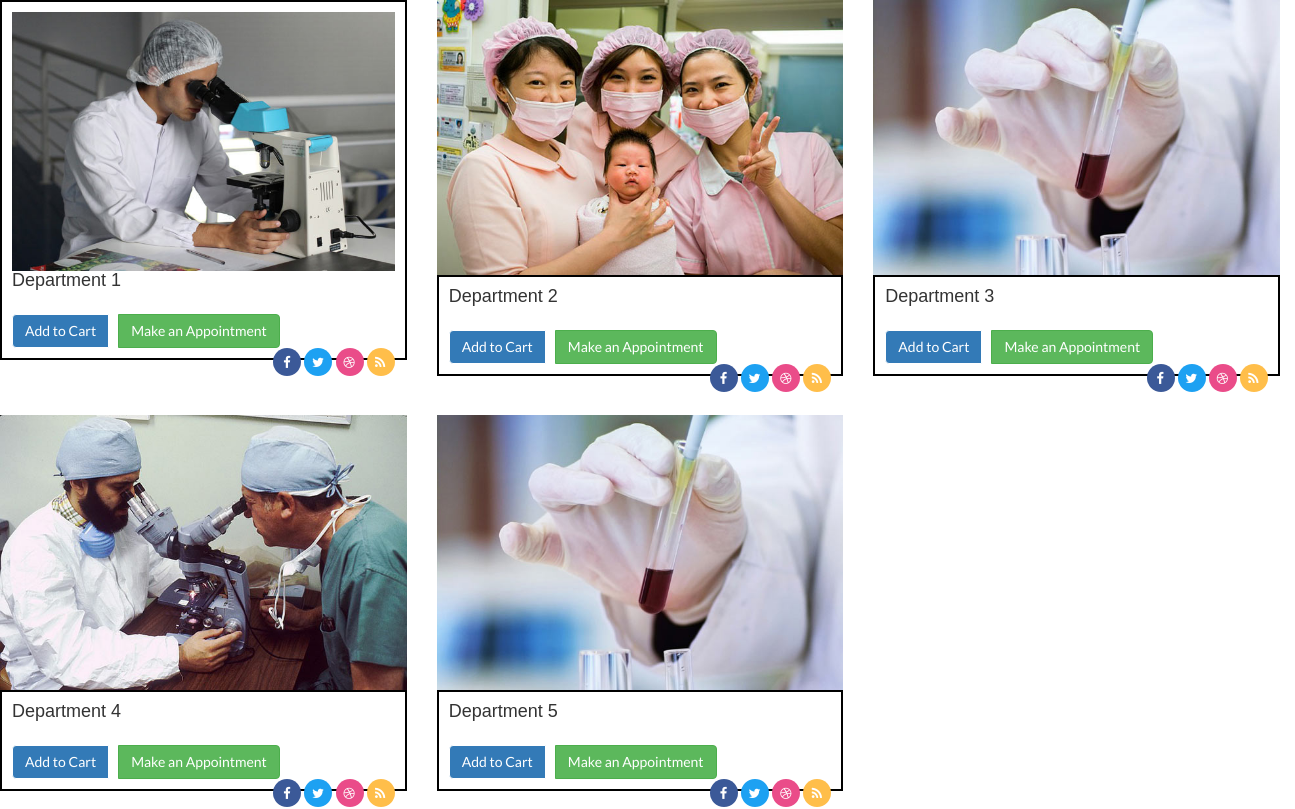
Repository: 72-faisal/work_to_do
Page: http://localhost/Khajina_Doctor/Department-home.jsp
An editor plug-in stored every save of this project. The page is shown before and after the next save, followed by the edit.
The browser window is 1280 px wide. The page is 1295 px wide, so the pictures cover 1295 px, including what lies to the right of the window. The pictures show the whole page.
Some web fonts or font styles are not loaded; a fallback is used. The page is served by Tomcat 9. Other server files are loaded and not shown.

Above is the page before, as saved 2023-04-15 20:26:17.

### Khajina_Doctor/Khajina_Doctor/src/main/webapp/Department-home.jsp
<%@ page language="java" contentType="text/html; charset=ISO-8859-1"
    pageEncoding="ISO-8859-1"%>
<!DOCTYPE html>
<html>
<head>
<meta charset="ISO-8859-1">
<title>KhajjinaDoc a Medical Online Solution |</title>
<!-- for-meta-tags-->
<meta name="viewport" content="width=device-width, initial-scale=1">
<meta http-equiv="Content-Type" content="text/html; charset=utf-8" />
<meta name="keywords" content="Health Plus Responsive web template, Bootstrap Web Templates, Flat Web Templates, Android Compatible web template,
Smartphone Compatible web template, free web designs for Nokia, Samsung, LG, SonyEricsson, Motorola web design" />
<script type="application/x-javascript"> addEventListener("load", function() { setTimeout(hideURLbar, 0); }, false);
		function hideURLbar(){ window.scrollTo(0,1); } </script>
<!-- //for-meta-tags-->
<link href="css/bootstrap.css" rel="stylesheet" type="text/css" media="all" />
<link rel="stylesheet" href="css/flexslider.css" type="text/css" media="screen" Department="" />
<link href="css/services.css" rel="stylesheet" type="text/css" media="all" />
<link href="css/ziehharmonika.css" rel="stylesheet" type="text/css">
<link href="css/JiSlider.css" rel="stylesheet">
<link href="css/style.css" rel="stylesheet" type="text/css" media="all" />
<!-- font-awesome icons -->
<link href="css/font-awesome.css" rel="stylesheet">
<!-- //font-awesome icons -->
<link href="//fonts.googleapis.com/css?family=Raleway:200,200i,300,300i,400,400i,500,500i,600,600i,700,700i,800" rel="stylesheet">
<link href="//fonts.googleapis.com/css?family=Lato:300,300i,400,400i,700,900" rel="stylesheet">
<style>
.overlay {
  border: 2px solid black; /* Set the border style to a 1px solid black line */
  padding: 10px; /* Add some padding around the box content to make it easier to read */
}
.department .btn-group .btn:first-child {
  margin-right: 10px;
}

.btn-primary:hover {
  filter: brightness(70%);
}
.social_agileinfo li a {
  display: block;
  width: 30px;
  height: 30px;
  line-height: 30px;
  text-align: center;
  background: #333;
  border-radius: 50%;
  margin: 0 10px;
}

.social_agileinfo li a i {
  font-size: 18px;
}

.social_agileinfo li a:hover {
  background: #555;
}

.social_agileinfo li a:hover i {
  color: #fff;
}

.social_agileinfo li a:focus {
  outline: none;
}





</style>
</head>
<body>
<div class="department-box">
    <div class="row">
        <div class="col-md-4 department">
         <div class="overlay">
            <img src="images/g1.jpg" alt=" " class="img-responsive" />

                <h4>Department 1</h4><br>
                 <div class="btn-group" role="group">
                    <button type="button" class="btn btn-primary">Add to Cart</button>
                    <button type="button" class="btn btn-success">Make an Appointment</button>
                </div><br>
               <div class="agileinfo_social_icons">
							<ul class="agileits_social_list">
								<li><a href="72__faisal" class="w3_agile_facebook"><i class="fa fa-facebook" aria-hidden="true"></i></a></li>
								<li><a href="72__faisal" class="agile_twitter"><i class="fa fa-twitter" aria-hidden="true"></i></a></li>
								<li><a href="72__faisal" class="w3_agile_dribble"><i class="fa fa-dribbble" aria-hidden="true"></i></a></li>
								<li><a href="72__faisal" class="w3_agile_rss"><i class="fa fa-rss" aria-hidden="true"></i></a></li>
							</ul>
						</div>
            </div>
        </div>
        <div class="col-md-4 department">
            <img src="images/g2.jpg" alt=" " class="img-responsive" />
            <div class="overlay">
                <h4>Department 2</h4><br>
                <div class="btn-group" role="group">
                    <button type="button" class="btn btn-primary">Add to Cart</button>
                    <button type="button" class="btn btn-success">Make an Appointment</button>
                </div><br>
                   <div class="agileinfo_social_icons">
							<ul class="agileits_social_list">
								<li><a href="72__faisal" class="w3_agile_facebook"><i class="fa fa-facebook" aria-hidden="true"></i></a></li>
								<li><a href="72__faisal" class="agile_twitter"><i class="fa fa-twitter" aria-hidden="true"></i></a></li>
								<li><a href="72__faisal" class="w3_agile_dribble"><i class="fa fa-dribbble" aria-hidden="true"></i></a></li>
								<li><a href="72__faisal" class="w3_agile_rss"><i class="fa fa-rss" aria-hidden="true"></i></a></li>
							</ul>
						</div>
            </div>
        </div>
        <div class="col-md-4 department">
            <img src="images/g3.jpg" alt=" " class="img-responsive" />
            <div class="overlay">
                <h4>Department 3</h4><br>
                <div class="btn-group" role="group">
                    <button type="button" class="btn btn-primary">Add to Cart</button>
                    <button type="button" class="btn btn-success">Make an Appointment</button>
                </div><br>
                  <div class="agileinfo_social_icons">
							<ul class="agileits_social_list">
								<li><a href="72__faisal" class="w3_agile_facebook"><i class="fa fa-facebook" aria-hidden="true"></i></a></li>
								<li><a href="72__faisal" class="agile_twitter"><i class="fa fa-twitter" aria-hidden="true"></i></a></li>
								<li><a href="72__faisal" class="w3_agile_dribble"><i class="fa fa-dribbble" aria-hidden="true"></i></a></li>
								<li><a href="72__faisal" class="w3_agile_rss"><i class="fa fa-rss" aria-hidden="true"></i></a></li>
							</ul>
						</div>
            </div>
        </div>
    </div><br>
    <div class="row">
        <div class="col-md-4 department">
            <img src="images/g4.jpg" alt=" " class="img-responsive" />
            <div class="overlay">
                <h4>Department 4</h4><br>
               <div class="btn-group" role="group">
                    <button type="button" class="btn btn-primary">Add to Cart</button>
                    <button type="button" class="btn btn-success">Make an Appointment</button>
                </div><br>
                 <div class="agileinfo_social_icons">
							<ul class="agileits_social_list">
								<li><a href="72__faisal" class="w3_agile_facebook"><i class="fa fa-facebook" aria-hidden="true"></i></a></li>
								<li><a href="72__faisal" class="agile_twitter"><i class="fa fa-twitter" aria-hidden="true"></i></a></li>
								<li><a href="72__faisal" class="w3_agile_dribble"><i class="fa fa-dribbble" aria-hidden="true"></i></a></li>
								<li><a href="72__faisal" class="w3_agile_rss"><i class="fa fa-rss" aria-hidden="true"></i></a></li>
							</ul>
						</div>
            </div>
        </div>
         <div class="col-md-4 department">
            <img src="images/g3.jpg" alt=" " class="img-responsive" />
            <div class="overlay">
                <h4>Department 5</h4><br>
               <div class="btn-group" role="group">
                    <button type="button" class="btn btn-primary">Add to Cart</button>
                    <button type="button" class="btn btn-success">Make an Appointment</button>
                </div><br>
                  <div class="agileinfo_social_icons">
							<ul class="agileits_social_list">
								<li><a href="72__faisal" class="w3_agile_facebook"><i class="fa fa-facebook" aria-hidden="true"></i></a></li>
								<li><a href="72__faisal" class="agile_twitter"><i class="fa fa-twitter" aria-hidden="true"></i></a></li>
								<li><a href="72__faisal" class="w3_agile_dribble"><i class="fa fa-dribbble" aria-hidden="true"></i></a></li>
								<li><a href="72__faisal" class="w3_agile_rss"><i class="fa fa-rss" aria-hidden="true"></i></a></li>
							</ul>
						</div>
            </div>
        </div>
    </div>
    </div>

</body>
</html>

### Khajina_Doctor/Khajina_Doctor/src/main/webapp/css/flexslider.css
/*
 * jQuery FlexSlider v2.0
 * http://www.woothemes.com/flexslider/
 *
 * Copyright 2012 WooThemes
 * Free to use under the GPLv2 license.
 * http://www.gnu.org/licenses/gpl-2.0.html
 *
 * Contributing author: Tyler Smith (@mbmufffin)
 */
/* Browser Resets */
.flex-container a:active,
.flexslider a:active,
.flex-container a:focus,
.flexslider a:focus  {outline: none;}
.slides,
.flex-control-nav,
.flex-direction-nav {margin: 0; padding: 0; list-style: none;}

/* FlexSlider Necessary Styles
*********************************/
.flexslider .slides > li {display: none; -webkit-backface-visibility: hidden;} /* Hide the slides before the JS is loaded. Avoids image jumping */
.flexslider .slides img {margin: 0 auto; display: block;}
.flex-pauseplay span {text-transform: capitalize;}

/* Clearfix for the .slides element */
.slides:after {content: "."; display: block; clear: both; visibility: hidden; line-height: 0; height: 0;}
html[xmlns] .slides {display: block;}
* html .slides {height: 1%;}

/* No JavaScript Fallback */
/* If you are not using another script, such as Modernizr, make sure you
 * include js that eliminates this class on page load */
.no-js .slides > li:first-child {display: block;}


/* FlexSlider Default Theme
*********************************/
.flexslider {
	border: 0px;
	position: relative;
	zoom: 1;
	overflow: hidden;
}
.flex-viewport {max-height: 2000px; -webkit-transition: all 1s ease; -moz-transition: all 1s ease; transition: all 1s ease;}
.loading .flex-viewport {max-height: 300px;}
.flexslider .slides {zoom: 1;}

.carousel li {margin-right: 5px}


/* Direction Nav */
.flex-direction-nav a {
	margin: 0;
    background: none;
    position: absolute;
    z-index: 10;
    cursor: pointer;
    opacity: .8;
    -webkit-transition: all .3s ease;
    font-family: FontAwesome;
    font-size: 2em;
    color: #fff;
	text-decoration: none;
	top: 50%;
}
.flex-direction-nav .flex-next {
    right: 5%;
}
.flex-direction-nav .flex-prev {
	left:5%;
}
.flex-direction-nav .flex-next:before{
	content:"\f178";
}
.flex-direction-nav .flex-prev:before{
	content:"\f177";
}
.flexslider:hover .flex-next {opacity: 1;}
.flexslider:hover .flex-prev {opacity: 1;}
.flexslider:hover .flex-next:hover, .flexslider:hover .flex-prev:hover {opacity: 1;}
.flex-direction-nav .flex-disabled {opacity: .3!important; filter:alpha(opacity=30); cursor: default;}
/* Control Nav */
.flex-control-nav {
	display: block;
    position: absolute;
    right: 5%;
    top: 20%;
}
.flex-control-nav li {
    margin: 15px 0;
    display: block;
    zoom: 1;
    position: relative;
}
.flex-control-paging li a {
	width: 15px;
    height: 15px;
    display: none;
    cursor: pointer;
    text-indent: -9999px;
    border: 5px solid rgba(255, 255, 255, 0.38);
    background: #bababa;
    text-align: center;
    border-radius: 15px;
}
.flex-control-paging li a.flex-active {
	background:#ff464f;
	cursor: default;
	transform: rotateX(360deg);
	-webkit-transform: rotateX(360deg);
	-moz-transform: rotateX(360deg);
	-o-transform: rotateX(360deg);
	-ms-transform: rotateX(360deg);
    transition: transform 2s;
}
.flex-control-thumbs {margin: 5px 0 0; position: static; overflow: hidden;}
.flex-control-thumbs li {width: 25%; float: left; margin: 0;}
.flex-control-thumbs img {width: 100%; display: block; opacity: .7; cursor: pointer;}
.flex-control-thumbs img:hover {opacity: 1;}
.flex-control-thumbs .flex-active {opacity: 1; cursor: default;}
@media screen and (max-width:1366px) {

}
@media screen and (max-width:1080px) {

}
@media screen and (max-width: 991px){

}
@media screen and (max-width: 667px){

}
@media screen and (max-width: 640px){

}
@media screen and (max-width: 600px){

}
@media screen and (max-width: 480px) {
	section.slider {
		padding-top: 0;
	}

}
@media screen and (max-width: 414px){

}
@media screen and (max-width: 384px){

}
@media screen and (max-width: 375px) {

}
@media screen and (max-width: 320px) {

}

### Khajina_Doctor/Khajina_Doctor/src/main/webapp/css/services.css
.ch-item {
	width: 100%;
	height: 100%;
	border-radius: 50%;
	position: relative;
	cursor: default;
	-webkit-perspective: 900px;
	-moz-perspective: 900px;
	-o-perspective: 900px;
	-ms-perspective: 900px;
	perspective: 900px;
}
.ch-info{
	position: absolute;
	width: 100%;
	height: 100%;
	-webkit-transform-style: preserve-3d;
	-moz-transform-style: preserve-3d;
	-o-transform-style: preserve-3d;
	-ms-transform-style: preserve-3d;
	transform-style: preserve-3d;
}
.ch-info > div {
	display: block;
	position: absolute;
	width: 100%;
	height: 100%;
	border-radius: 50%;
	background-position: center center;
	-webkit-transition: all 0.4s linear;
	-moz-transition: all 0.4s linear;
	-o-transition: all 0.4s linear;
	-ms-transition: all 0.4s linear;
	transition: all 0.4s linear;
	-webkit-transform-origin: 50% 0%;
	-moz-transform-origin: 50% 0%;
	-o-transform-origin: 50% 0%;
	-ms-transform-origin: 50% 0%;
	transform-origin: 50% 0%;
}

.ch-info .ch-info-front {
      border: 10px solid #1c588e;
    background: #fff;
}

.ch-info .ch-info-back {
	-webkit-transform: translate3d(0,0,-220px) rotate3d(1,0,0,90deg);
	-moz-transform: translate3d(0,0,-220px) rotate3d(1,0,0,90deg);
	-o-transform: translate3d(0,0,-220px) rotate3d(1,0,0,90deg);
	-ms-transform: translate3d(0,0,-220px) rotate3d(1,0,0,90deg);
	transform: translate3d(0,0,-220px) rotate3d(1,0,0,90deg);
	background: #000;
	opacity: 0;
}
.ch-info-front.ch-img-1 i,.ch-info-front.ch-img-2 i,.ch-info-front.ch-img-3 i ,.ch-info-front.ch-img-4 i ,.ch-info-front.ch-img-5 i   {
    color: #232323;
    font-size: 4em;
    line-height: 3em;
}

.ch-info h5 {
    color: #fff;
    text-transform: uppercase;
    letter-spacing: 2px;
    font-size: 20px;
    margin: 0 15px;
    padding: 78px 0 0 0;
    height: 110px;
    text-shadow: 0 0 1px #fff, 0 1px 2px rgba(0,0,0,0.3);
}

.ch-info p {
	color: #de0f17;
    padding:10px 5px;
    font-style:italic;
    margin:0 30px;
    font-size:12px;
    border-top:1px solid rgba(47, 46, 46, 0.5);
}

.ch-info p a {
	display: block;
	color: #fff;
	color: rgba(255,255,255,0.7);
	font-style: normal;
	font-weight: 700;
	text-transform: uppercase;
	font-size: 9px;
	letter-spacing: 1px;
	padding-top: 4px;
	font-family: 'Open Sans', Arial, sans-serif;
}

.ch-info p a:hover {
	color: #fff222;
	color: rgba(255,242,34, 0.8);
}

.ch-item:hover .ch-info-front {
	-webkit-transform: translate3d(0,280px,0) rotate3d(1,0,0,-90deg);
	-moz-transform: translate3d(0,280px,0) rotate3d(1,0,0,-90deg);
	-o-transform: translate3d(0,280px,0) rotate3d(1,0,0,-90deg);
	-ms-transform: translate3d(0,280px,0) rotate3d(1,0,0,-90deg);
	transform: translate3d(0,280px,0) rotate3d(1,0,0,-90deg);
	opacity: 0;
}

.ch-item:hover .ch-info-back {
	-webkit-transform: rotate3d(1,0,0,0deg);
	-moz-transform: rotate3d(1,0,0,0deg);
	-o-transform: rotate3d(1,0,0,0deg);
	-ms-transform: rotate3d(1,0,0,0deg);
	transform: rotate3d(1,0,0,0deg);
	opacity: 1;
}

### Khajina_Doctor/Khajina_Doctor/src/main/webapp/css/ziehharmonika.css
/* @author Tim himself */

.ziehharmonika h3 {
    background: rgba(255, 255, 255, 0);
    color: #151414;
    text-align: left;
    border-radius: 0px;
    padding: 25px 20px;
    cursor: pointer;
    margin-top: 0;
    margin-bottom: 25px;
    padding-right: 40px;
    transition: 0.25s all;
    position: relative;
    border: 6px solid #191919;
    font-weight: 700;
    letter-spacing: 1px;
}
.ziehharmonika h3.active {
    margin-bottom: 21px;
  background: #207fdc;
    border: 6px solid rgba(44, 185, 139, 0.01);
}
.ziehharmonika h3::before {
	content: attr(data-prefix);
	font-size: 18px;
	margin-right: 9px;
}
.ziehharmonika > div {
	display: none;
	    background: #fff;
    border-radius: 0;
    border: 1px solid #cdcdcd;
    text-align: left;
    padding: 31px 33px;
    margin-bottom: 9px;
}
.ziehharmonika .arrowDown {
	width: 0;
	height: 0;
	border-style: solid;
	border-width: 13.0px 7.5px 0 7.5px;
	border-color: #272e35 transparent transparent transparent;
	position: absolute;
	bottom: 0;
	left: 40px;
	transition: 0.25s all;
	opacity: 0;
}
.ziehharmonika .active .arrowDown {
       bottom: -18px;
    border-color: #207fdc transparent transparent transparent;
    opacity: 1;
}
.ziehharmonika .collapseIcon {
	    position: absolute;
    right: 20px;
    top: 52%;
    font-size: 30px;
    font-weight: 400;
    -ms-transform: translate(0, -50%);
    transform: translate(0, -50%);
}
/*--/Responsive--*/
@media(max-width:640px){
	.ziehharmonika > div {
		display: none;
		background: #fff;
		border-radius: 0;
		border: 1px solid #cdcdcd;
		text-align: left;
		padding: 15px 15px;
		margin-bottom: 9px;
	}
	.ziehharmonika h3 {
      padding: 15px 20px;
	}
}
@media(max-width:414px){
	.ziehharmonika h3 {
		padding: 9px 15px;
		margin-bottom: 14px;
		padding-right: 40px;
		font-size: 1.2em;
	}
}
/*--//Responsive--*/

### Khajina_Doctor/Khajina_Doctor/src/main/webapp/css/JiSlider.css
/****** JiSlider css ******/
	#JiSlider {
				width: 100%;
				height: 100%;
			}
.jislider ul {
	height: 100%;
	margin: 0;
	padding: 0;
	position: relative;
	list-style-type: none;
}

.jislider ul li {
	position: relative;
	height: 100%;
	float: left;
	overflow: hidden;
}

.jislider__img {
	position: absolute;
	top: 0;
	left: 0;
	background-size: cover;
	background-position: center;
	width: 100%;
	height: 100%;
	z-index: -1;
}

.jislider__left-arrow {
	position: absolute;
	left: 30px;
	top: 0;
	bottom: 0;
	margin: auto;
	width: 30px;
	height: 60px;
	cursor: pointer;
}

.jislider__left-arrow__top {
	content: '';
	position: absolute;
	top: 0;
	left: 0;
	width: 2px;
	height: 30px;
	background-color: inherit;
	-webkit-transform: rotate(30deg) translateX(10px) translateY(-3px);
	-ms-transform: rotate(30deg) translateX(10px) translateY(-3px);
	transform: rotate(30deg) translateX(10px) translateY(-3px);
}

.jislider__left-arrow__bottom {
	content: '';
	position: absolute;
	bottom: 0;
	left: 0;
	width: 2px;
	height: 30px;
	background-color: inherit;
	-webkit-transform: rotate(-30deg) translateX(10px) translateY(3px);
	-ms-transform: rotate(-30deg) translateX(10px) translateY(3px);
	transform: rotate(-30deg) translateX(10px) translateY(3px);
}


.jislider__right-arrow {
	position: absolute;
	right: 30px;
	top: 0;
	bottom: 0;
	margin: auto;
	width: 30px;
	height: 60px;
	cursor: pointer;
}

.jislider__right-arrow__top {
	content: '';
	position: absolute;
	top: 0;
	right: 0;
	width: 2px;
	height: 30px;
	background-color: inherit;
	-webkit-transform: rotate(-30deg) translateX(-10px) translateY(-3px);
	-ms-transform: rotate(-30deg) translateX(-10px) translateY(-3px);
	transform: rotate(-30deg) translateX(-10px) translateY(-3px);
}

.jislider__right-arrow__bottom {
	content: '';
	position: absolute;
	bottom: 0;
	right: 0;
	width: 2px;
	height: 30px;
	background-color: inherit;
	-webkit-transform: rotate(30deg) translateX(-10px) translateY(3px);
	-ms-transform: rotate(30deg) translateX(-10px) translateY(3px);
	transform: rotate(30deg) translateX(-10px) translateY(3px);
}

.jislider__controller {
    position: absolute;
    max-width: 80%;
    padding: 0 10px;
    left: -54%;
    right: 0;
    bottom: 20%;
    margin: auto;
    text-align: center;
}

.jislider__button {
    display: inline-block;
    width: 36px;
    height: 5px;
    margin: 0 0 0 7px;
    cursor: pointer;
    border: 2px solid #fff!important;
    background: #fff!important;
    box-shadow: 3px 3px rgba(0, 0, 0, 0.34);
}
.jislider__button.jislider__on{
	background:#de0f17!important;
    border:2px solid #de0f17!important;
    height:5px;
    width:36px;
	border-radius:0px!important;
}
.jislider__controller {
    width: 200px!important;
}
/*--start-responsive-design--*/
@media (max-width:1680px){
	.jislider__controller {
		left: -61%;
	}
}
@media (max-width:1600px){
	.jislider__controller {
		left: -64%;
	}
}
@media (max-width:1440px){
	.jislider__controller {

		bottom: 20%;
		left: -71%;
        right: 0;
	}
}
@media (max-width:1366px){
	.jislider__controller {
		bottom: 20%;
		left: -74%;
		right: 0;
	}
}
@media (max-width:1280px){

	.jislider__controller {
		left: -80%;
		right: 0;
		bottom: 20%;
	}
}
@media (max-width:1080px){
	.jislider__controller {
		left: -76%;
		right: 0;
		bottom: 24%;
	}
}
@media (max-width:1050px){
 .jislider__controller {
		left: -78%;
		right: 0;
		bottom: 24%;
	}
}
@media (max-width:1024px){
	.jislider__controller {
		left: -80%;
		right: 0;
		bottom: 26%;
	}
}
@media (max-width:991px){

	.jislider__controller {
		left: -63%;
		right: 0;
		bottom: 23%;
	}
}
@media (max-width:800px){
	.jislider__controller {
		left: -67%;
		right: 0;
		bottom: 23%;
	}
}
@media (max-width:768px){
	.jislider__controller {
		left: -72%;
		right: 0;
		bottom: 23%;
	}
}
@media (max-width:736px){
	.jislider__controller {
		left: -63%;
		right: 0;
		bottom: 27%;
	}
}
@media (max-width:667px){
   .jislider__controller {
		left: -66%;
		right: 0;
		bottom: 27%;
	}

}
@media (max-width:640px){
	.jislider__controller {
		left: -61%;
		right: 0;
		bottom: 23%;
	}
}
@media (max-width:600px){
	.jislider__controller {
		left: -60%;
		right: 0;
		bottom: 20%;
	}
}
@media (max-width:568px){
	.jislider__button {
		display: inline-block;
		width: 27px;
	}
}
@media (max-width:480px){

	.jislider__controller {
		left: -53%;
		right: 0;
		bottom: 22%;
	}
	.jislider__button {
		display: inline-block;
		width: 26px;
		height: 5px;
		margin: 0 0 0 7px;
	}
}
@media (max-width:414px){
	.jislider__left-arrow {
		position: absolute;
		left: 10px;
		top: 0;
		bottom: 0;
		margin: auto;
		width: 30px;
		height: 60px;
		cursor: pointer;
	}
	.jislider__right-arrow {
		position: absolute;
		right: 10px;
		top: 0;
		bottom: 0;
		margin: auto;
		width: 30px;
		height: 60px;
		cursor: pointer;
	}
	.jislider__controller {
		left: -53%;
		right: 0;
		bottom: 19%;
	}
}
@media (max-width:384px){
	.jislider__controller {
		padding: 0 0px;
		left: -49%;
		right: 0;
		bottom: 14%;
	}
}

Loaded but not shown: Khajina_Doctor/Khajina_Doctor/src/main/webapp/css/bootstrap.css (library); Khajina_Doctor/Khajina_Doctor/src/main/webapp/css/font-awesome.css (library); Khajina_Doctor/Khajina_Doctor/src/main/webapp/css/style.css (4106 lines, source omitted)

After the next save:
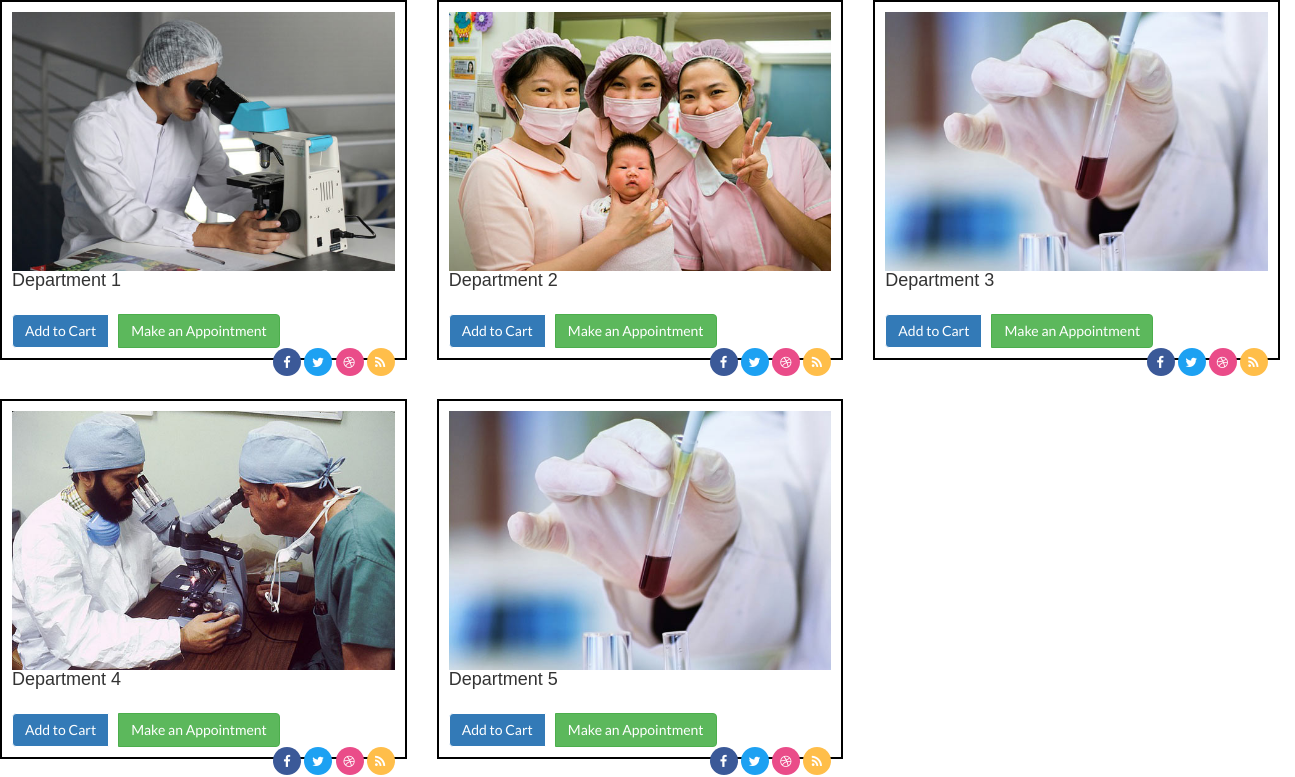
Saved 51 s later.
--- a/Khajina_Doctor/Khajina_Doctor/src/main/webapp/Department-home.jsp
+++ b/Khajina_Doctor/Khajina_Doctor/src/main/webapp/Department-home.jsp
@@ -92,8 +92,9 @@ Smartphone Compatible web template, free web designs for Nokia, Samsung, LG, Son
             </div>
         </div>
         <div class="col-md-4 department">
+        <div class="overlay">
             <img src="images/g2.jpg" alt=" " class="img-responsive" />
-            <div class="overlay">
+
                 <h4>Department 2</h4><br>
                 <div class="btn-group" role="group">
                     <button type="button" class="btn btn-primary">Add to Cart</button>
@@ -110,8 +111,9 @@ Smartphone Compatible web template, free web designs for Nokia, Samsung, LG, Son
             </div>
         </div>
         <div class="col-md-4 department">
+        <div class="overlay">
             <img src="images/g3.jpg" alt=" " class="img-responsive" />
-            <div class="overlay">
+
                 <h4>Department 3</h4><br>
                 <div class="btn-group" role="group">
                     <button type="button" class="btn btn-primary">Add to Cart</button>
@@ -130,8 +132,9 @@ Smartphone Compatible web template, free web designs for Nokia, Samsung, LG, Son
     </div><br>
     <div class="row">
         <div class="col-md-4 department">
+         <div class="overlay">
             <img src="images/g4.jpg" alt=" " class="img-responsive" />
-            <div class="overlay">
+
                 <h4>Department 4</h4><br>
                <div class="btn-group" role="group">
                     <button type="button" class="btn btn-primary">Add to Cart</button>
@@ -148,8 +151,9 @@ Smartphone Compatible web template, free web designs for Nokia, Samsung, LG, Son
             </div>
         </div>
          <div class="col-md-4 department">
+         <div class="overlay">
             <img src="images/g3.jpg" alt=" " class="img-responsive" />
-            <div class="overlay">
+
                 <h4>Department 5</h4><br>
                <div class="btn-group" role="group">
                     <button type="button" class="btn btn-primary">Add to Cart</button>
